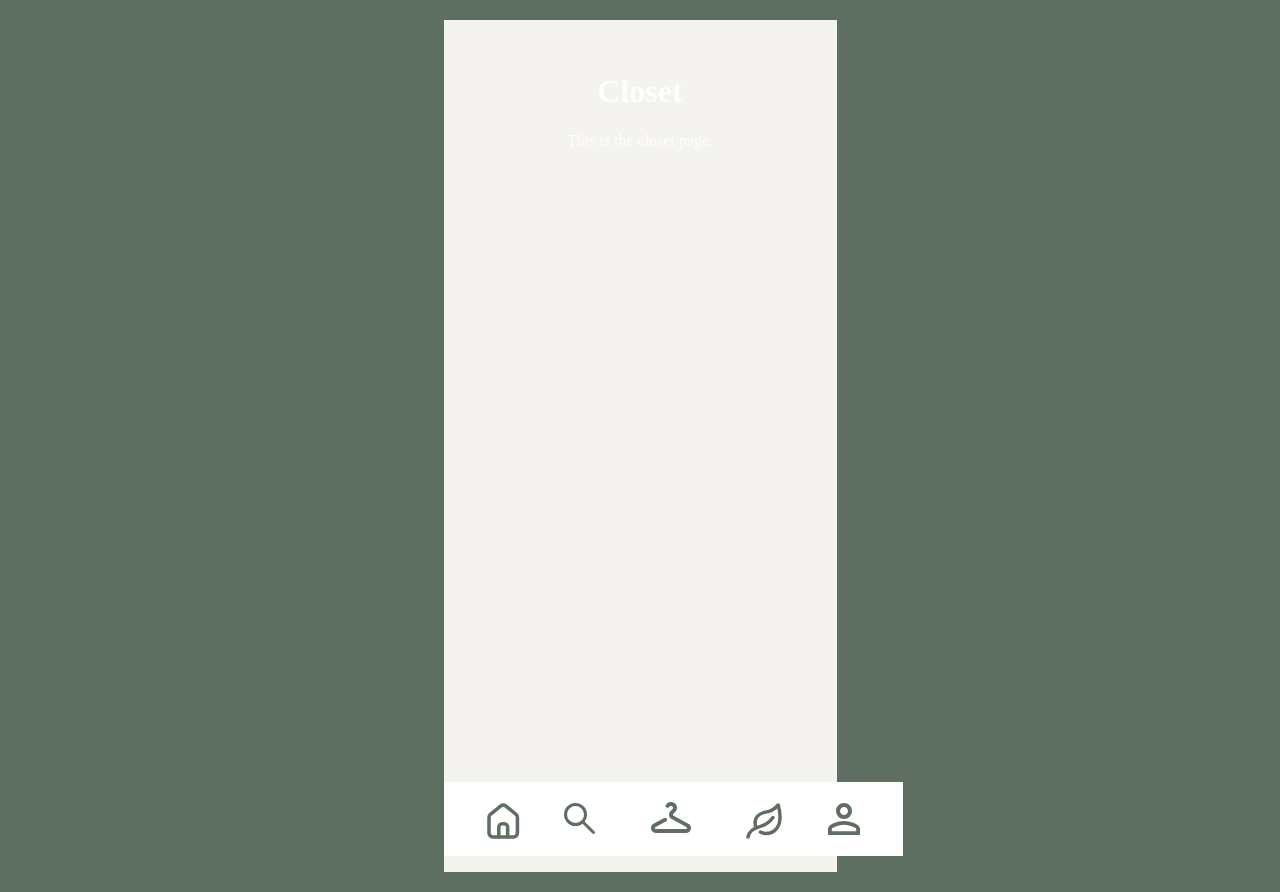
Repository: Strawb3rryjam/app-slotion
Page: /closet
These files come from the project's save history. The page is drawn as it stood at one moment and after the next save; the edit follows.
The browser window is 1280 px wide. The pictures show the whole page.
The project was rebuilt for these pictures with package versions that can differ from the ones it lists, and the page was loaded fresh each time. Also part of the build but not shown: vite.config.js. Imported but missing from the stored project, and not drawn on this page: src/pages/Home.

Above is the page before, as saved 2025-05-07 13:56:20.

After the next save:
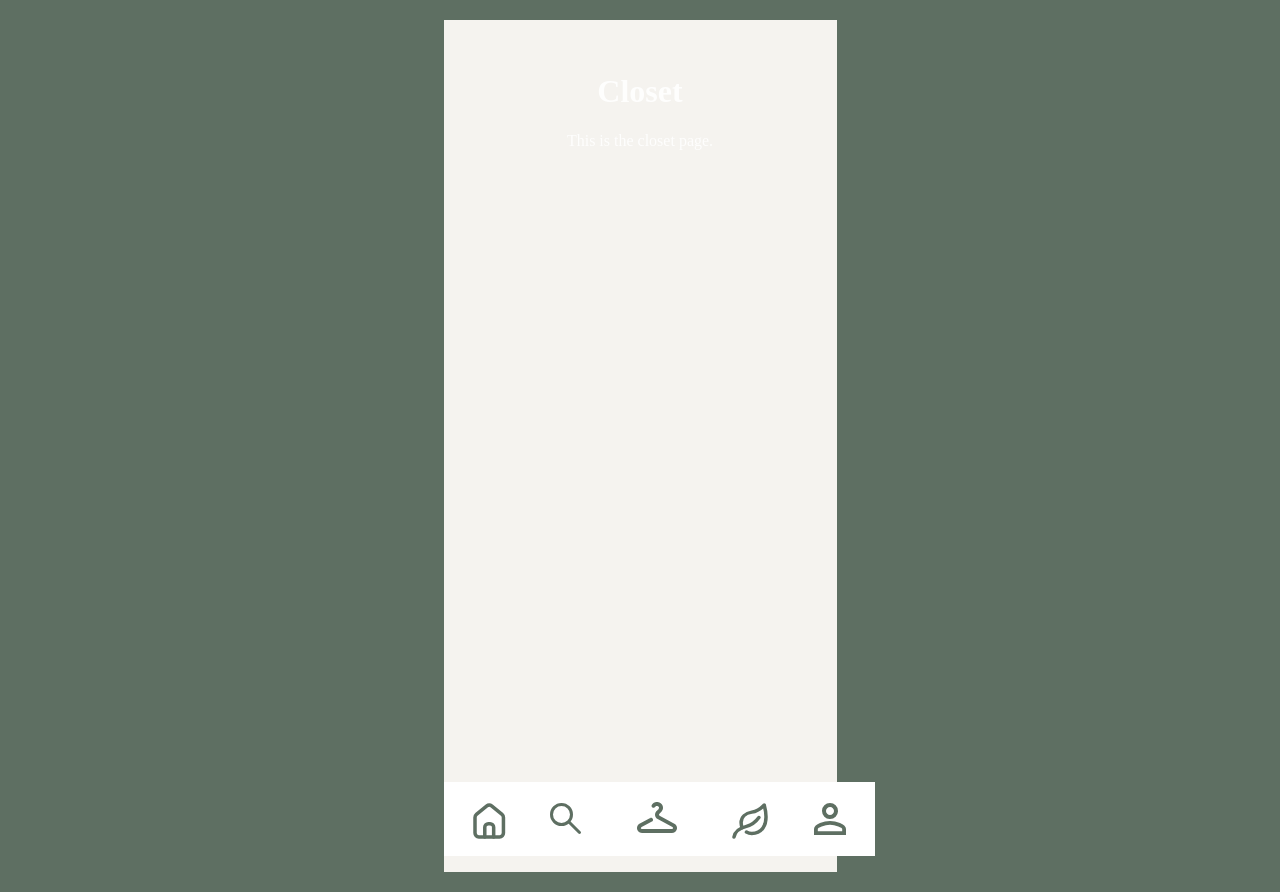
Saved 9 s later.
--- a/src/css/NavBar.module.css
+++ b/src/css/NavBar.module.css
@@ -1,6 +1,6 @@
 .navbar {
     background-color: white;
-    padding: 19px 33px ;
+    padding: 19px ;
     width: 393px;
     position: absolute;
     bottom: 16px;
